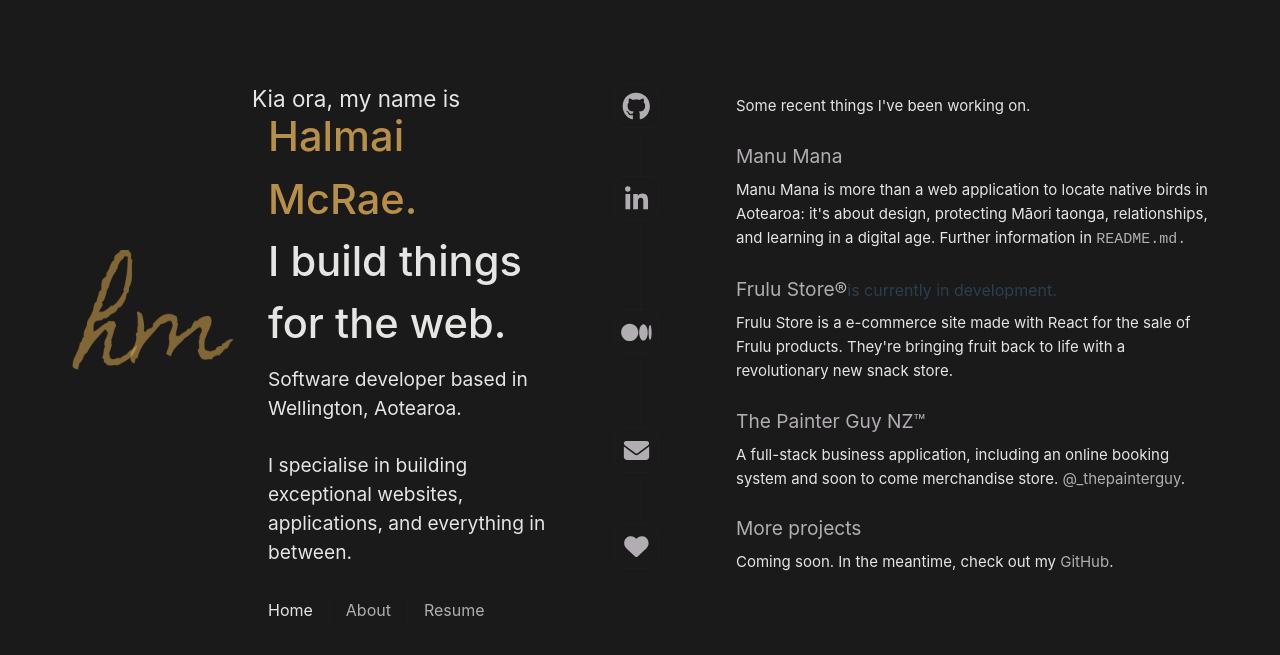
Repository: halmai-mcrae/halmai-vue-portfolio
Page: /
The author's editor kept a copy of each file at every save. The page is drawn from the files as they stood at one save, then again after the next save.
The browser window is 1280 px wide. The pictures show the whole page.
The project was rebuilt for these pictures with package versions that can differ from the ones it lists, and the page was loaded fresh each time. Also part of the build but not shown: vite.config.ts.

Above is the page before, as saved 2022-11-27 18:24:32.

After the next save:
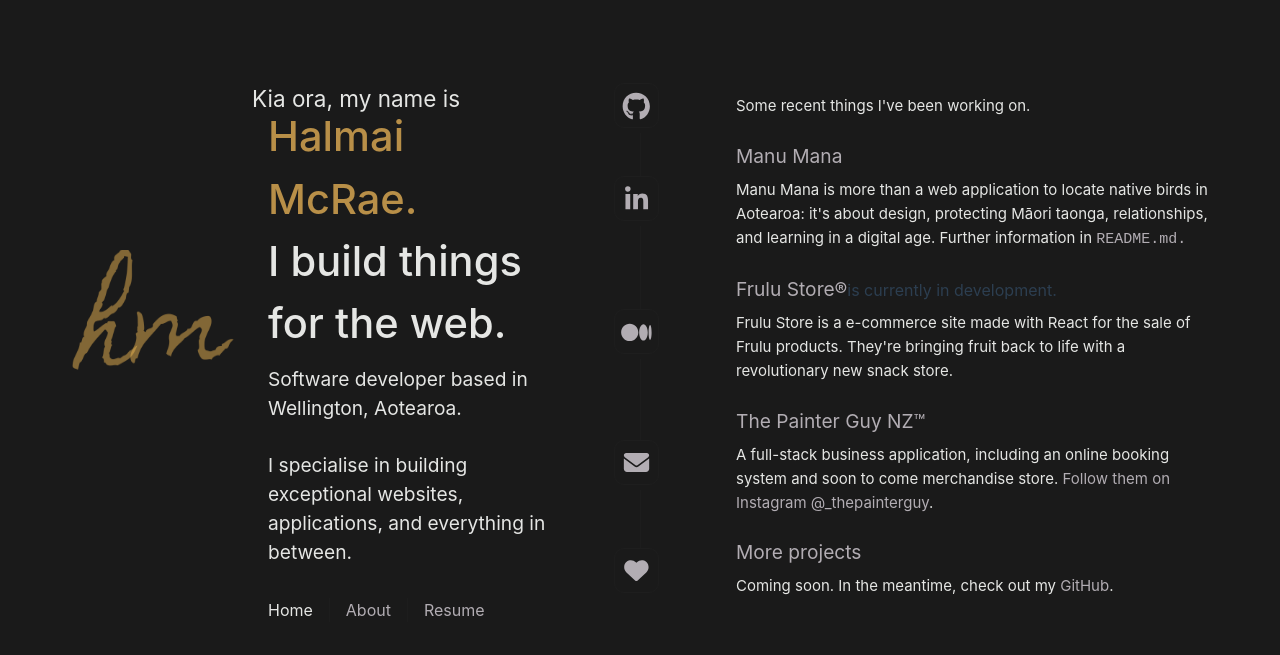
Saved 42 s later.
--- a/src/components/TheWelcome.vue
+++ b/src/components/TheWelcome.vue
@@ -80,7 +80,7 @@
     store.
     <a
       href="https://www.instagram.com/_thepainterguy/"
-      >@_thepainterguy</a
+      >Follow them on Instagram @_thepainterguy</a
     >.
   </WelcomeItem>
 
